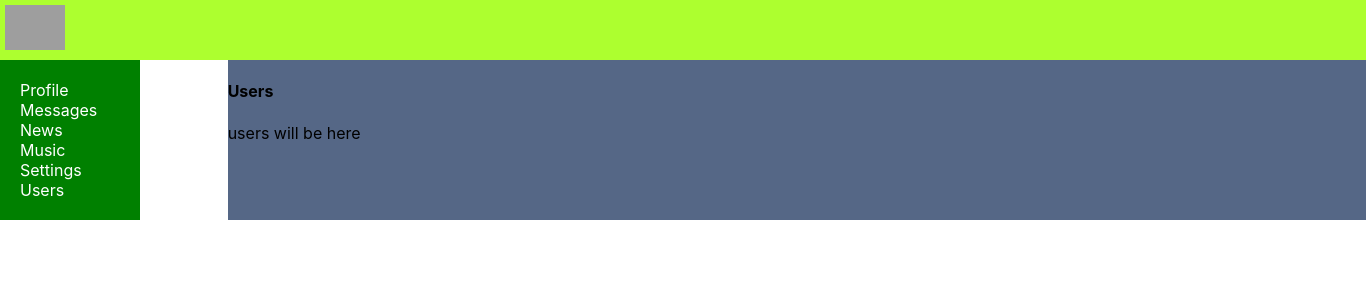
Repository: AndreyMykulych/FirstProject
Page: /users
These files come from the project's save history. The page is drawn as it stood at one moment and after the next save; the edit follows.
The browser window is 1280 px wide. The page is 1366 px wide, so the pictures cover 1366 px, including what lies to the right of the window. The pictures show the whole page.
Pictures or frames that could not be fetched are drawn as grey boxes. The project was rebuilt for these pictures with package versions that can differ from the ones it lists, and the page was loaded fresh each time. Also part of the build but not shown: src/components/Profile/MyPosts/MyPosts.module.css, src/components/Profile/MyPosts/Post/Post.module.css, src/components/Profile/MyPosts/Post/Post.jsx, src/components/Profile/MyPosts/MyPosts.jsx, src/components/Profile/MyPosts/MyPostsContainer.jsx, src/components/Profile/ProfileInfo/ProfileInfo.module.css, src/components/Profile/ProfileInfo/ProfileInfo.jsx, src/components/Profile/Profile.jsx and 4 more.

Above is the page before, as saved 2022-06-27 14:53:11.

### src/index.js
import React from 'react';
import ReactDOM from 'react-dom/client';
import './index.css';
import App from './App';
import reportWebVitals from './reportWebVitals';
import { BrowserRouter } from 'react-router-dom';
import store from './redux/reduxStore';
import { Provider } from 'react-redux';

/* let rerenderTree = () => {
     */
    const root = ReactDOM.createRoot(document.getElementById('root'));
    root.render(

        <BrowserRouter>
            <Provider store={store}>
            <App />
            </Provider>
            </BrowserRouter>

    );
/* }

rerenderTree() */
/* store.subscribe(() => {

    rerenderTree();
}) */
reportWebVitals ()

### src/App.js
import React from 'react';
import './App.css';
import Header from './components/Header/Header';
import Navbar from './components/Navbar/Navbar';
import Profile from './components/Profile/Profile';
import { Route, Routes } from 'react-router-dom';
import DialogsContainer from './components/Dialogs/DialogsContainer';
import Users from './components/Users/Users';
const App = (props) => {

  return (
      <div className='app-wrapper'>
        <Header />
        <Navbar />

        <div className='app-wrapper-content'>
          <Routes>
                  <Route path="/profile" element={<Profile
                      store={props.store}
                     />}></Route>
                  <Route path="/dialogs" element={<DialogsContainer
                      store={props.store}
                  />}></Route>
                  <Route path="/users" element={<Users/>}></Route>
          </Routes>
        </div>
      </div>
  );
}

export default App;

### src/redux/reduxStore.js
import { combineReducers, legacy_createStore as createStore } from "redux";
import profileReducer from "./Profile-reducer";
import messageReducer from "./Message-reducer";
import sidebarReducer from "./Sidebar-reducer";


let reducers = combineReducers({
    messagesPage:messageReducer,
    profilePage:profileReducer,
    sidebar:sidebarReducer
})
let store = createStore(reducers);
window.store = store;
export default store;

### src/App.css

.app-wrapper {
  margin: 0 auto;
  display: grid;
  width: 1366px;
  grid-template-areas:
    "h h"
    "n c";

    grid-template-rows: 60px 1fr;
    grid-template-columns: 2fr 10fr;

  grid-gap: 0px;
}

.app-wrapper-content {
  grid-area: c;
  background-color: rgb(85, 103, 134);
}

### src/components/Header/Header.jsx
import React from 'react';
import s from './Header.module.css'
const Header = () => {
   return <header className={s.header}>
      <img src='https://seeklogo.com/images/C/company-name-logo-09881CAD1A-seeklogo.com.png' />
   </header>
}
export default Header;

### src/components/Navbar/Navbar.jsx
import React from 'react';
import { NavLink } from 'react-router-dom';
import s from './Navbar.module.css'

const Navbar = (props) => {
   return (
      <nav className={s.nav}>
         <div className={s.item}>
            <NavLink to ='/profile' className={({isActive}) => isActive ? s.activeLink : ''}>Profile</NavLink>
         </div>
         <div className={s.item}>
            <NavLink to='/dialogs' className={ ({isActive})=> !isActive ?  '': s.activeLink}>Messages</NavLink>
         </div>
         <div className={s.item}>
            <NavLink to='/news' >News</NavLink>
         </div>
         <div className={s.item}>
            <NavLink to='/music' >Music</NavLink>
         </div>
         <div className={s.item}>
            <NavLink to='/settings'>Settings</NavLink>
           </div>
           <div className={s.item}>
               <NavLink to='/users'>Users</NavLink>
           </div>


      </nav>
   )
}
export default Navbar;

### src/components/Dialogs/DialogsContainer.jsx

import Dialogs from "./Dialogs";
import { sendMessageActionCreator , updateNewMessageTextActionCreator } from "../../redux/Message-reducer";

import { connect } from "react-redux";
let stateToProps= (state) => {
    return {
        messagesPage: state.messagesPage
    }
}
let dispatchToProps= (dispatch) => {
    return {
        onSendMessage: () => {
            dispatch(sendMessageActionCreator());
        },
        onChangeMessage: (body) => {
            dispatch(updateNewMessageTextActionCreator(body))
        }
}
}

const DialogsContainer = connect(stateToProps,dispatchToProps)(Dialogs)
export default DialogsContainer;

### src/components/Users/Users.js
import React from "react";

const Users = (props) => {
    return <div><h4>Users</h4>
    <div>
        users will be here
    </div></div>
}
export default Users;

### src/redux/Profile-reducer.js
const ADD_POST = 'ADD-POST';
const UPDATE_NEW_POST_TEXT = 'UPDATE-NEW-POST-TEXT';

let initialState = {
    posts: [
        { id: 1, message: 'Hi,how are u?', likescount: 15 },
        { id: 2, message: 'its my first post ', likescount: 11 },
        { id: 3, message: 'blalbalbla ', likescount: 13 },
        { id: 4, message: 'megogo ', likescount: 0 },
    ],
    newPostText: 'Hi'
}
export const profileReducer = (state = initialState, action) => {
    switch (action.type) {
        case ADD_POST: {
            let newPost = {
                id: 5,
                message: state.newPostText,
                likescount: 0
            };

            let stateCopy = {...state};
            stateCopy.posts = [...state.posts ];
            stateCopy.posts.push(newPost);
            stateCopy.newPostText = '';
            return stateCopy;
    }
        case UPDATE_NEW_POST_TEXT: {
            let stateCopy = { ...state }
            stateCopy.newPostText = action.newText
            return stateCopy;
        }
        default:
            return state;
    }
}
export const addPostActionCreator = () => ({
    type: ADD_POST
})
export const updateNewPostTextActionCreator = (text) =>
    ({ type : UPDATE_NEW_POST_TEXT , newText : text})
export default profileReducer;

### src/redux/Message-reducer.js
const SEND_MESSAGE = 'SEND-MESSAGE';
const UPDATE_NEW_MESSAGE_TEXT = 'UPDATE-NEW-MESSAGE-TEXT';
let initialState={
    dialogs: [
        { id: 1, name: "Dimych", img: 'https://dota2.ru/img/heroes/pudge/portrait.jpg' },
        { id: 2, name: "Andriy" , img :'https://dota2.ru/img/heroes/lina/portrait.jpg' },
        { id: 3, name: "Sveta" ,img :'https://dota2.ru/img/heroes/skywrath_mage/portrait.jpg'},
        { id: 4, name: "Sasha" },
        { id: 5, name: "Olya" },
        { id: 6, name: "Valera" },
    ],
    messages : [
        { id: 1, message: "Hi" },
        { id: 2, message: "How are you" },
        { id: 3, message: "Yo" },
        { id: 4, message: "Yo" },
        { id: 5, message: "Yo" },
        { id: 6, message: "yo" },
    ],
     newDialogMessage : 'hi dude',
    }
const messageReducer = (state=initialState, action) => {
    switch (action.type) {
        case SEND_MESSAGE: {
            let newMessage = {
                id: 6,
                message: state.newDialogMessage,
            }
            let stateCopy = { ...state }
            stateCopy.messages = [...state.messages]
            stateCopy.dialogs = [...state.dialogs]
            stateCopy.messages.push(newMessage)
            stateCopy.newDialogMessage = '';
            return stateCopy;
        }
        case UPDATE_NEW_MESSAGE_TEXT: {
            let stateCopy={...state}
            stateCopy.newDialogMessage = action.newText
            return stateCopy;
        }
        default:
            return state;
    }
}
export const sendMessageActionCreator = () => ({
    type : SEND_MESSAGE
})
export const updateNewMessageTextActionCreator = (body) =>
    ({ type:UPDATE_NEW_MESSAGE_TEXT , newText: body })
export default messageReducer;

### src/redux/Sidebar-reducer.js

let initialState={}
const sidebarReducer = (state=initialState, action) => {

    return state;
}
export default sidebarReducer;

### src/components/Header/Header.module.css
.header {
   grid-area: h;
   background-color: greenyellow;
   max-height: 60px;
 }

 .header img {
   width: 60px;
   padding: 5px;
 }

### src/components/Navbar/Navbar.module.css
.nav {

   background-color: Green;
   padding: 20px;
   width :100px
 }

 .item  a {
    color: white;
    text-decoration: none;
 }
 .item a.activeLink {
    color: gold;
 }

 .item a.activetedLink {
    color: red;
 }

.sidebarBlock {
color:white;
position : absolute;
top : 400px;
font-family:serif;
}

Loaded but not shown: src/index.css (common file); src/reportWebVitals.js (common file); src/components/Profile/Profile.module.css (no stored copy; drawn as an empty file)

After the next save:
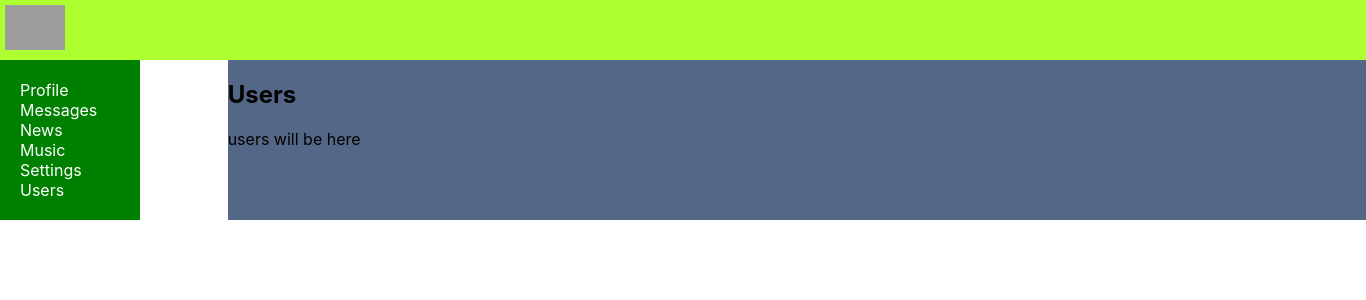
Saved 12 s later.
--- a/src/components/Users/Users.js
+++ b/src/components/Users/Users.js
@@ -1,7 +1,7 @@
 import React from "react";
 
 const Users = (props) => {
-    return <div><h4>Users</h4>
+    return <div><h2>Users</h2>
     <div>
         users will be here
     </div></div>
